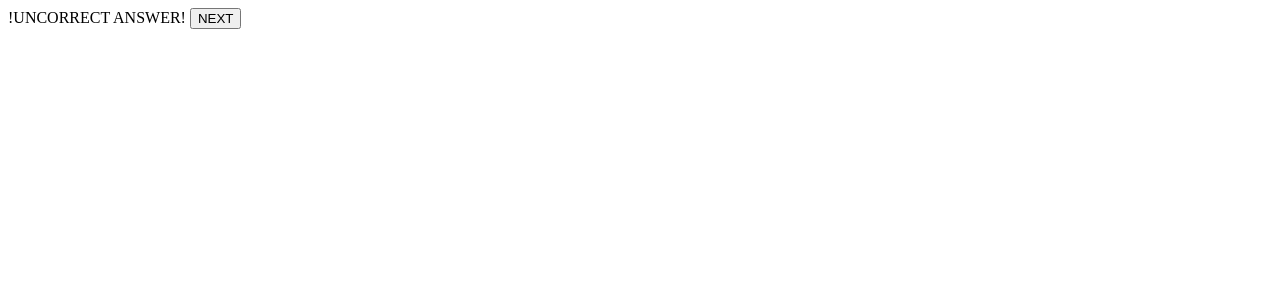
Repository: OleksandrDoskaliukKN313/IIC
Page: http://localhost/WebDictionary/uncorrectAnswer.jsp
An editor plug-in stored every save of this project. The page is shown before and after the next save, followed by the edit.
The browser window is 1280 px wide. The pictures show the whole page.
The page is served by Tomcat 9. Other server files are loaded and not shown.

Above is the page before, as saved 2020-10-11 16:43:47.

### WebDictionary/WebContent/uncorrectAnswer.jsp
<%@ page language="java" contentType="text/html; charset=ISO-8859-1"
    pageEncoding="ISO-8859-1"%>
<!DOCTYPE html>
<html>
<head>
<meta charset="ISO-8859-1">
<title>Uncorrect!</title>
</head>
<body>
!UNCORRECT ANSWER!
<%request.setAttribute("correct", false); %>
<button onclick="location.href='/WebDictionary/en_ua'">NEXT</button>
</body>
</html>

After the next save:
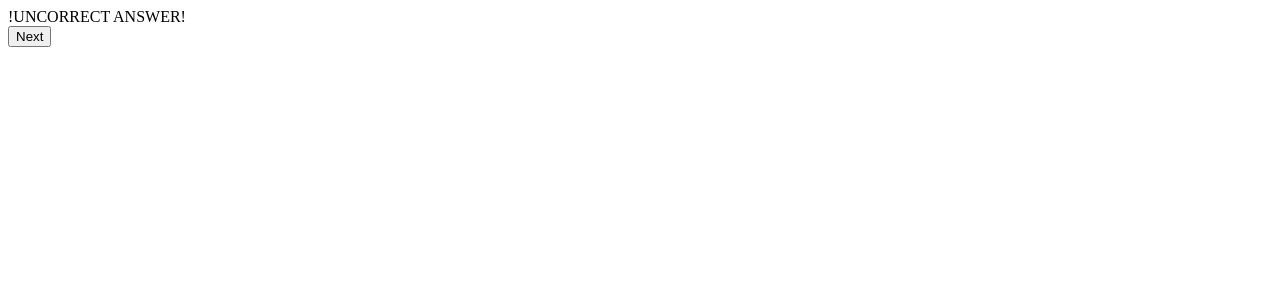
Saved 53 s later.
--- a/WebDictionary/WebContent/uncorrectAnswer.jsp
+++ b/WebDictionary/WebContent/uncorrectAnswer.jsp
@@ -8,7 +8,8 @@
 </head>
 <body>
 !UNCORRECT ANSWER!
-<%request.setAttribute("correct", false); %>
-<button onclick="location.href='/WebDictionary/en_ua'">NEXT</button>
+<form action="/WebDictionary/en_ua">
+    <input type="submit" value="Next" />
+</form>
 </body>
 </html>
